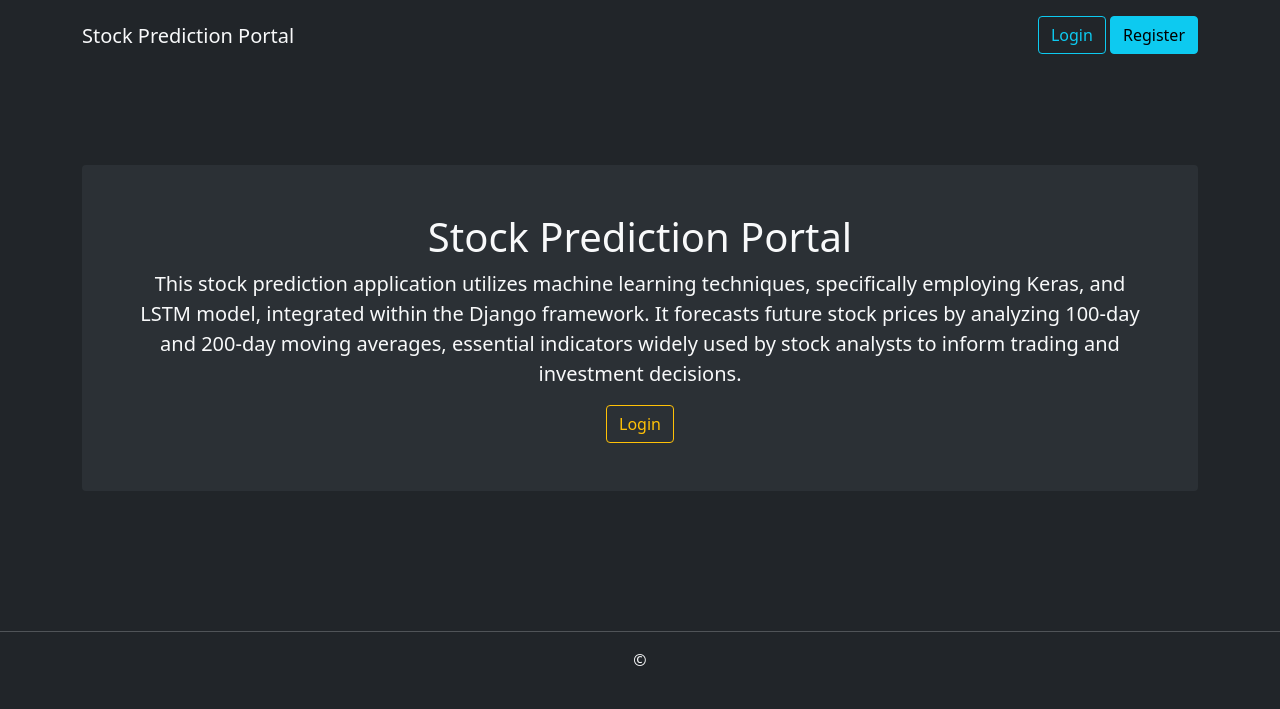
Repository: killerTiger10/stock-prediction-portal
Page: /dashboard (app in frontend-react/)
An editor plug-in stored every save of this project. The page is shown before and after the next save, followed by the edit.
The browser window is 1280 px wide. The pictures show the whole page.
The project was rebuilt for these pictures with package versions that can differ from the ones it lists, and the page was loaded fresh each time. Also part of the build but not shown: frontend-react/vite.config.js.

Above is the page before, as saved 2025-06-14 00:17:25.

After the next save:
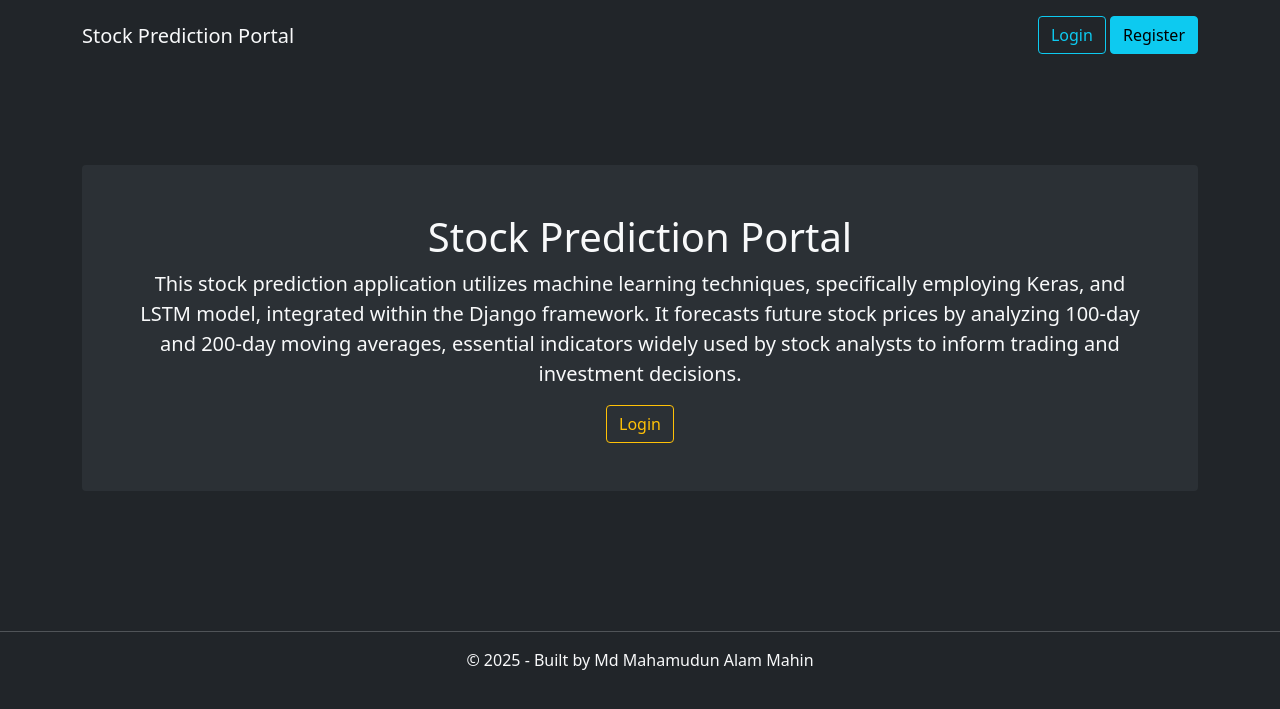
Saved 39 s later.
--- a/frontend-react/src/components/Footer.jsx
+++ b/frontend-react/src/components/Footer.jsx
@@ -4,8 +4,10 @@ const Footer = () => {
   return (
     <>
       <footer className="footer py-3 my-3">
-        <hr className="border-bottom " />
-        <p className="text-light text-center">&copy;</p>
+        <hr className="border-bottom" />
+        <p className="text-light text-center">
+          &copy; 2025 - Built by Md Mahamudun Alam Mahin
+        </p>
       </footer>
     </>
   );
